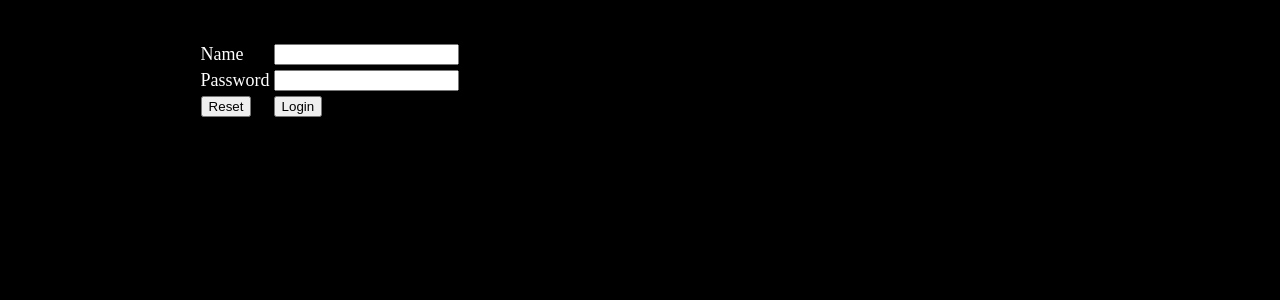
Repository: jks2127/SMS-webApp
Page: sms 1.2/WebContent/index.html
These files come from the project's save history. The page is drawn as it stood at one moment and after the next save; the edit follows.
The browser window is 1280 px wide. The pictures show the whole page.

Above is the page before, as saved 2021-06-11 12:24:51.

### sms 1.2/WebContent/index.html
<!DOCTYPE html>
<html>
<head>
	<meta charset="ISO-8859-1">
	<title>Student Management System</title>

	<style>
		.container{
		margin: auto;
		width:70%;
		border:2px solid black;
		font-size:18px;
		padding:30px;
		color:white;
		}
	</style>
</head>

<body id="body" bgcolor="black" >
<div class="container">
	<form action="Login" method="POST">
		<table>
			<tr>
				<td> Name </td>
				<td><input type="text" name="user_name"></td>
			</tr>
			<tr>
				<td>Password</td>
				<td><input type="password" name="user_pswd"></td>
			</tr>
			<tr>
				<td><button type="reset">Reset</button></td>
				<td><button type="submit">Login</button></td>
			</tr>
		</table>

	</form>
</div>
</body>
</html>

After the next save:
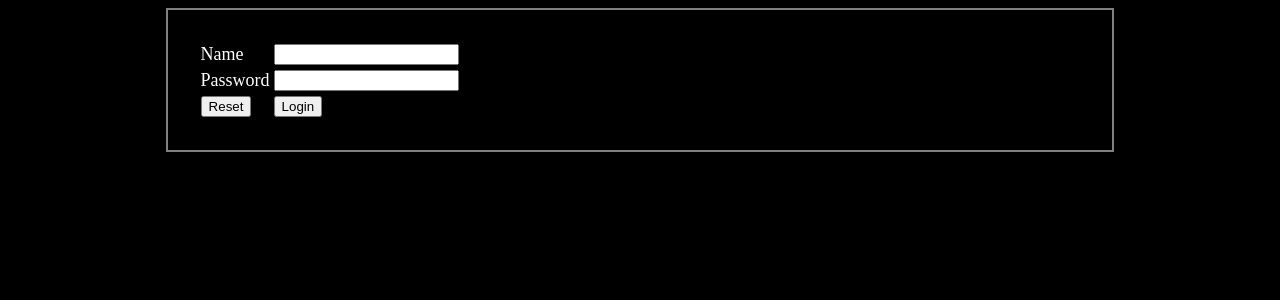
Saved 20 s later.
--- a/sms 1.2/WebContent/index.html
+++ b/sms 1.2/WebContent/index.html
@@ -8,7 +8,7 @@
 		.container{
 		margin: auto;
 		width:70%;
-		border:2px solid black;
+		border:2px solid gray;
 		font-size:18px;
 		padding:30px;
 		color:white;
